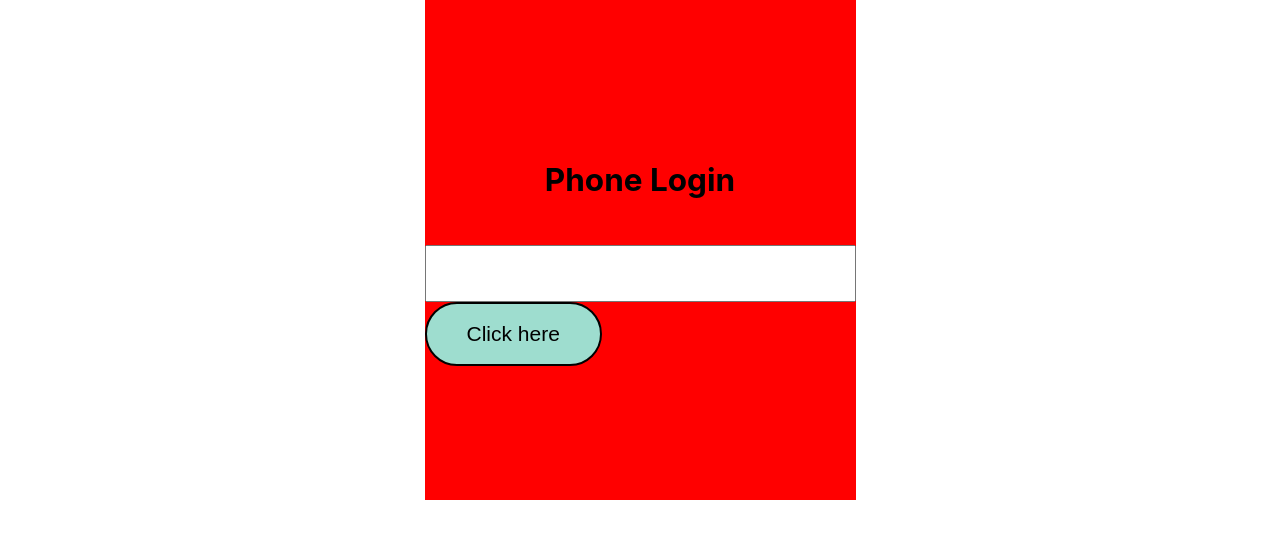
Repository: Rubin78/login-verification
Page: /
An editor plug-in stored every save of this project. The page is shown before and after the next save, followed by the edit.
The browser window is 1280 px wide. The pictures show the whole page.
The project was rebuilt for these pictures with package versions that can differ from the ones it lists, and the page was loaded fresh each time.

Above is the page before, as saved 2021-02-16 02:00:02.

### src/App.js
import React, { Component, label } from "react";
import "./App.css";
import firebase from "./firebase";

export default class App extends Component {
  constructor(props) {
    super(props);

    this.state = {
      phoneNumber: null,
    };
  }

  //   setUpRecaptcha = () =>{
  // window.recaptchaVerifier = new firebase.auth.RecaptchaVerifier(
  //   "sign-in-button",
  //   {
  //     size: "invisible",
  //     callback: (response) => {
  //       // reCAPTCHA solved, allow signInWithPhoneNumber.
  //       this.onSignInSubmit();
  //     },
  //   }
  // );

  //   };

  //   onSignInSubmit = (event) => {
  // event.preventDefault();
  //     const phoneNumber = "+918369696578";
  //     const appVerifier = window.recaptchaVerifier;
  //     firebase
  //       .auth()
  //       .signInWithPhoneNumber(phoneNumber, appVerifier)
  //       .then((confirmationResult) => {
  // SMS sent. Prompt user to type the code from the message, then sign the
  // user in with confirmationResult.confirm(code).
  // window.confirmationResult = confirmationResult;
  // ...
  // })
  // .catch((error) => {
  // Error; SMS not sent
  // ...
  //     });
  // }

  handleClick = (e) => {
    e.preventDefault();
    const { phoneNumber } = this.state;
    const phoneNumber_countryCode = `+91${phoneNumber}`;
    console.log(phoneNumber_countryCode);
    let recaptcha = new firebase.auth.RecaptchaVerifier("recaptcha");
    let number = phoneNumber_countryCode;
    firebase
      .auth()
      .signInWithPhoneNumber(number, recaptcha)
      .then(function (e) {
        let code = prompt("enter otp", "");
        if (code == null) return;
        e.confirm(code)
          .then(function (result) {
            console.log(result.user, "user");
            document.querySelector("label").textContent =
              result.user.phoneNumber + "Number Verified";
          })
          .catch((error) => {
            console.log(error);
          });
      });
  };

  render() {
    const { phoneNumber } = this.state;
    return (
      <div className="container">
        <div className="row justify-content-center align-item-center form-text">
          <div className="col-sm-6 text-left">
            <h2>Phone Login</h2>
          </div>
          <form onSubmit={this.handleClick}>
            <div id="recaptcha"></div>
            <br />

            <input
              type="tel"
              pattern="[789][0-9]{9}"
              value={phoneNumber}
              onChange={(e) => {
                this.setState({
                  phoneNumber: e.target.value,
                });
              }}
            />
            <br />
            <input type="submit" value="Click here" />
          </form>
        </div>
        {/* <div className="container">

<div className="row justify-content-center align-item-center">

<div className="col-sm-6 text-left">
  <h2>Phone Login</h2>
  </div>
<form onSubmit={this.onSignInSubmit}>
  <div className="form-group">
    <label for ="exampleInputEmail1">phone number</label>
    <input type="number" className="form-control" />
    </div>

    <button type="submit" className="btn btn-primary">submit</button>
    </form>
  </div>
  </div> */}
      </div>
    );
  }
}

### src/App.css
.App {
  text-align: center;
}
.container{
  display: flex;
  justify-content: center;
  align-items: center;
  flex: 1;
}
.App-logo {
  height: 40vmin;
  pointer-events: none;
}

@media (prefers-reduced-motion: no-preference) {
  .App-logo {
    animation: App-logo-spin infinite 20s linear;
  }
}
input[type="tel"] {
    padding: 12px 46px;
    font-size: 25px;
    font-weight: bolder;
}
.col-sm-6.text-left {
    display: flex;
    justify-content: center;
    align-items: center;
    font-size: 21px;
}

.button-content{
  height: 200px;
  background-color: red;
  display: flex;
  justify-content: center;
}
.form-text{

  height: 500px;
  background-color: red;
  display: flex;
  justify-content: center;
  align-content: center;
  flex-direction: column;
}
input[type="submit"] {
    padding: 18px 40px;
    font-size: 21px;
    border-radius: 37px;
    background: #9eddcf;
    border-color: orange;
    border: 2px solid;
}

user agent stylesheet

.App-header {
  background-color: #282c34;
  min-height: 100vh;
  display: flex;
  flex-direction: column;
  align-items: center;
  justify-content: center;
  font-size: calc(10px + 2vmin);
  color: white;
}

.App-link {
  color: #61dafb;
}

@keyframes App-logo-spin {
  from {
    transform: rotate(0deg);
  }
  to {
    transform: rotate(360deg);
  }
}

### src/firebase.js
import firebase from "firebase";
import "firebase/auth";



// Your web app's Firebase configuration
var firebaseConfig = {
  apiKey: "AIzaSyCPzRnaARKqxbz7v2rWT2UkPVg2Tu1pzO8",
  authDomain: "phone-login-2db6e.firebaseapp.com",
  projectId: "phone-login-2db6e",
  storageBucket: "phone-login-2db6e.appspot.com",
  messagingSenderId: "683632220759",
  appId: "1:683632220759:web:e58cc6ba32dc476c8a2112",
};
// Initialize Firebase
firebase.initializeApp(firebaseConfig);

export default firebase;

Loaded but not shown: public/index.html (common file); src/index.js (common file); src/index.css (common file); src/reportWebVitals.js (common file)

After the next save:
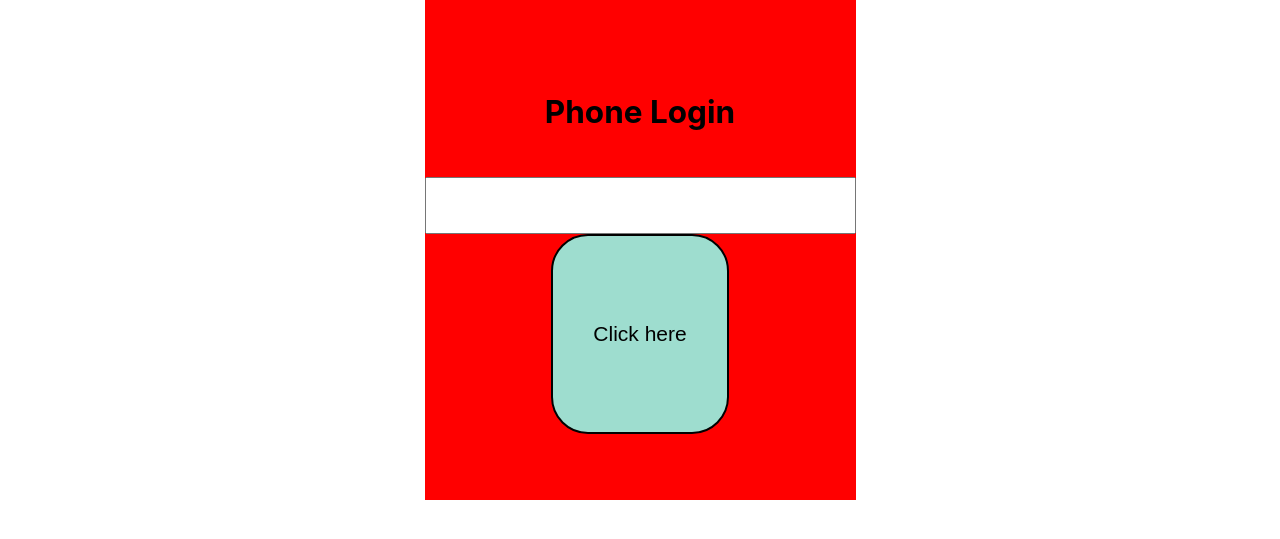
Saved 22 s later.
--- a/src/App.js
+++ b/src/App.js
@@ -92,7 +92,8 @@ export default class App extends Component {
               }}
             />
             <br />
-            <input type="submit" value="Click here" />
+            <div className="button-content">
+            <input type="submit" value="Click here" /></div>
           </form>
         </div>
         {/* <div className="container">
